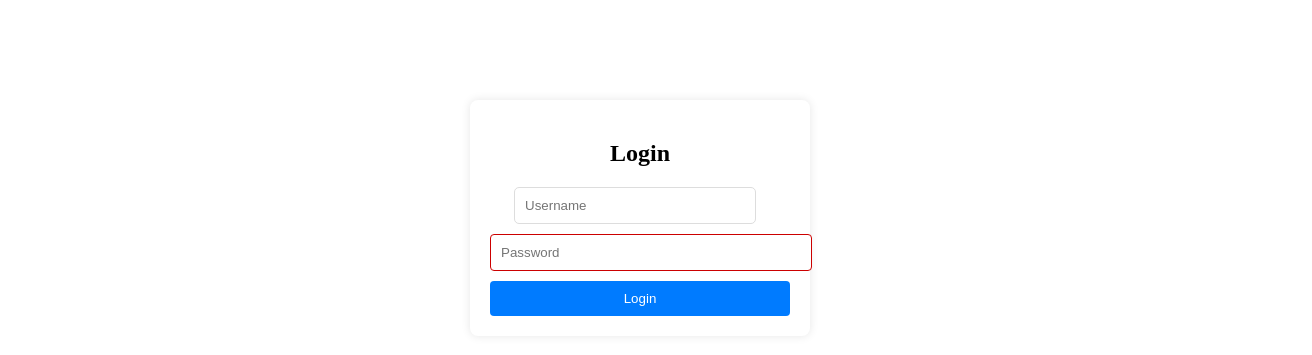
Repository: mdmisri/needy-talk
Page: /login (app in frontend/talk-d1/)
An editor plug-in stored every save of this project. The page is shown before and after the next save, followed by the edit.
The browser window is 1280 px wide. The page is 1280 px wide, then 1312 px, then 1280 px, so the pictures cover 1312 px, including what lies to the right of the window. The pictures show the whole page.
The page's requests for data from a server got no answer. The project was rebuilt for these pictures with package versions that can differ from the ones it lists, and the page was loaded fresh each time. No one was signed in, and anything a server would have sent is missing. Also part of the build but not shown: frontend/talk-d1/src/components/Register/Register.css, frontend/talk-d1/src/components/Register/Register.js, frontend/talk-d1/src/conversationUtils.js, frontend/talk-d1/src/hooks/useConversation.js, frontend/talk-d1/src/components/Chat/styles/Message.css, frontend/talk-d1/src/components/Chat/Message.js, frontend/talk-d1/src/components/Chat/ChatBox.js, frontend/talk-d1/src/components/Chat/AdminChatBox.js and 3 more.

Above is the page before, as saved 2024-07-28 14:42:24.

### frontend/talk-d1/src/index.js
import React from 'react';
import ReactDOM from 'react-dom/client';
import './index.css';
import App from './App';
import { BrowserRouter } from 'react-router-dom';

const root = ReactDOM.createRoot(document.getElementById('root'));
root.render(
  <React.StrictMode>
    <BrowserRouter>
    <App />
    </BrowserRouter>
  </React.StrictMode>
);

// If you want to start measuring performance in your app, pass a function
// to log results (for example: reportWebVitals(console.log))
// or send to an analytics endpoint. Learn more: https://bit.ly/CRA-vitals

### frontend/talk-d1/src/App.js
import React, { useState, useEffect } from 'react';
import { Routes, Route, useNavigate } from 'react-router-dom';
import Login from './components/Login/Login';
import Register from './components/Register/Register';
import ChatBox from './components/Chat/ChatBox';
import AdminChatBox from './components/Chat/AdminChatBox';
import ChatStart from './components/Chat/ChatStart';
import AdminSelection from './components/Chat/AdminSelection';
import socket from './components/Chat/socket';

const App = () => {
    const [user, setUser] = useState(null);
    const [username, setUsername] = useState('');
    const [isAdmin, setIsAdmin] = useState(false);
    const [adminUsername, setAdminUsername] = useState(null);
    const [redirectToChat, setRedirectToChat] = useState(false);
    const navigate = useNavigate();

    useEffect(() => {
        const handleBeforeUnload = () => {
            if (username) {
                socket.emit('userOffline', username);
            }
        };

        window.addEventListener('beforeunload', handleBeforeUnload);

        return () => {
            window.removeEventListener('beforeunload', handleBeforeUnload);
        };
    }, [username]);

    useEffect(() => {
        if (user) {
            if (isAdmin) {
                navigate('/admin-chat');
            } else if (redirectToChat) {
                navigate(`/chat/${adminUsername}`);
            } else {
                navigate('/home');
            }
        }
    }, [user, isAdmin, redirectToChat, adminUsername, navigate]);

    const handleLogout = () => {
        socket.emit('userOffline', username);
        setUser(null);
        setUsername('');
        setIsAdmin(false);
        setAdminUsername(null);
        setRedirectToChat(false);
        navigate('/login');
    };

    const handleAdminSelection = (selectedAdminUsername) => {
        setAdminUsername(selectedAdminUsername);
        setRedirectToChat(true);
    };

    return (
        <div>
            <Routes>
                <Route path="/login" element={<Login setUser={setUser} setUsername={setUsername} setIsAdmin={setIsAdmin} />} />
                <Route path="/register" element={<Register />} />
                {/* Route for admin selection */}
                <Route path="/home" element={!isAdmin ? <ChatStart username={username} onAdminSelect={handleAdminSelection} /> : <AdminChatBox adminUsername={username} handleAdminSelection={handleAdminSelection} />} />
                {/* Route for admin chat box */}
                <Route path="/admin-chat" element={<AdminChatBox adminUsername={username} handleAdminSelection={handleAdminSelection} />} />
                {/* Route for user chat box */}
                <Route path="/chat/:receiverUsername" element={<ChatBox senderUsername={username} />} />
            </Routes>
            {user && <button onClick={handleLogout}>Logout</button>}
        </div>
    );
};

export default App;

### frontend/talk-d1/src/components/Login/Login.js
import React, { useState } from 'react';
import axios from 'axios';
import { useNavigate } from 'react-router-dom';
import socket from '../Chat/socket';
import './Login.css';

const Login = ({ setUser, setUsername, setIsAdmin, setAdminUsername }) => {
    const [username, setUsernameInput] = useState('');
    const [password, setPassword] = useState('');
    const [error, setError] = useState('');
    const navigate = useNavigate();

    const handleLogin = async (e) => {
        e.preventDefault();
        try {
            const response = await axios.post('http://localhost:3010/api/auth/login', {
                username,
                password,
            });

            const userData = response.data;
            setUser(userData);
            setUsername(username);
            setIsAdmin(userData.isAdmin);

            if (userData.isAdmin) {
                setAdminUsername(username); // Set the admin username
            }

            socket.emit('userOnline', username);
            navigate('/home');
        } catch (err) {
            setError('Invalid credentials');
        }
    };

    return (
        <div className="login-container">
            <h2>Login</h2>
            {error && <p className="error">{error}</p>}
            <form onSubmit={handleLogin}>
                <input
                    type="text"
                    value={username}
                    onChange={(e) => setUsernameInput(e.target.value)}
                    placeholder="Username"
                    required
                />
                <input
                    type="password"
                    value={password}
                    onChange={(e) => setPassword(e.target.value)}
                    placeholder="Password"
                    required
                />
                <button type="submit">Login</button>
            </form>
        </div>
    );
};

export default Login;

### frontend/talk-d1/src/components/Chat/socket.js
// socket.js
import io from 'socket.io-client';

const socket = io('http://localhost:3010');

export default socket;

### frontend/talk-d1/src/components/Login/Login.css
.login-container {
    width: 300px;
    padding: 20px;
    background: #fff;
    box-shadow: 0 0 10px rgba(0, 0, 0, 0.1);
    border-radius: 8px;
    margin: 100px auto;
    text-align: center;
}

.login-container h2 {
    margin-bottom: 20px;
}

.login-container input {
    width: 100%;
    margin-bottom: 10px;
    padding: 10px;
    border: 1px solid #cc0000;
    border-radius: 4px;
}

.login-container button {
    width: 100%;
    padding: 10px;
    background: #007bff;
    color: #fff;
    border: none;
    border-radius: 4px;
    cursor: pointer;
}

.login-container button:hover {
    background: #0056b3;
}

### frontend/talk-d1/src/components/Chat/styles/ChatBox.css
.chatbox {
    display: flex;
    flex-direction: column;
    height: 100vh;
    width: 400px;
    border: 1px solid #ccc;
    border-radius: 8px;
    box-shadow: 0 4px 8px rgba(0, 0, 0, 0.1);
    background-color: #f9f9f9;
}

.messages {
    flex: 1;
    padding: 10px;
    overflow-y: auto;
    background-color: #fff;
    border-bottom: 1px solid #ccc;
}

.messages div {
    margin-bottom: 10px;
    padding: 8px;
    border-radius: 4px;
}

.sent {
    align-self: flex-end;
    background-color: #e0f7fa;
}

.received {
    align-self: flex-start;
    background-color: #fff3e0;
}

.input-area {
    display: flex;
    align-items: center;
    padding: 10px;
    border-top: 1px solid #ccc;
}

input {
    flex: 1;
    padding: 10px;
    border: none;
    border-top: 1px solid #ccc;
    border-radius: 0 0 8px 8px;
}

button {
    padding: 10px;
    border: none;
    border-radius: 0 0 8px 0;
    background-color: #007bff;
    color: white;
    cursor: pointer;
}

button:hover {
    background-color: #0056b3;
}

input:focus {
    outline: none;
    border: 1px solid #007bff;
}

.typing-indicator {
    font-style: italic;
    color: grey;
    margin-top: 5px;
}

.read-receipt {
    font-size: 12px;
    color: #00bfae;
    position: absolute;
    bottom: -15px;
    right: 10px;
}

### frontend/talk-d1/src/components/Chat/styles/AdminChatBox.css
/* AdminChatBox.css */

.admin-chat-container {
    display: flex;
    height: 100vh;
    font-family: Arial, sans-serif;
}

.user-tabs {
    width: 250px;
    background-color: #f7f7f7;
    border-right: 1px solid #ddd;
    overflow-y: auto;
    padding: 10px;
}

.user-tab {
    padding: 10px;
    cursor: pointer;
    display: flex;
    justify-content: space-between;
    align-items: center;
    border-radius: 5px;
    transition: background-color 0.3s ease;
}

.user-tab:hover {
    background-color: #e0e0e0;
}

.user-tab.active {
    background-color: #007bff;
    color: white;
}

.chat-box {
    flex: 1;
    display: flex;
    flex-direction: column;
    padding: 10px;
    background-color: #fff;
}

.messages {
    flex: 1;
    overflow-y: auto;
    margin-bottom: 10px;
    border-bottom: 1px solid #ddd;
}

.typing-indicator {
    font-style: italic;
    color: #999;
    margin: 5px 0;
}

input[type="text"] {
    width: calc(100% - 80px);
    padding: 10px;
    margin-right: 10px;
    border: 1px solid #ddd;
    border-radius: 5px;
    outline: none;
    transition: border-color 0.3s ease;
}

input[type="text"]:focus {
    border-color: #007bff;
}

button {
    padding: 10px 20px;
    background-color: #007bff;
    color: white;
    border: none;
    border-radius: 5px;
    cursor: pointer;
    transition: background-color 0.3s ease;
}

button:hover {
    background-color: #0056b3;
}

/* Responsive Design */
@media (max-width: 768px) {
    .admin-chat-container {
        flex-direction: column;
    }

    .user-tabs {
        width: 100%;
        border-right: none;
        border-bottom: 1px solid #ddd;
    }

    input[type="text"] {
        width: calc(100% - 90px);
    }
}

Loaded but not shown: frontend/talk-d1/public/index.html (common file); frontend/talk-d1/src/index.css (no stored copy; drawn as an empty file)

After the next save:
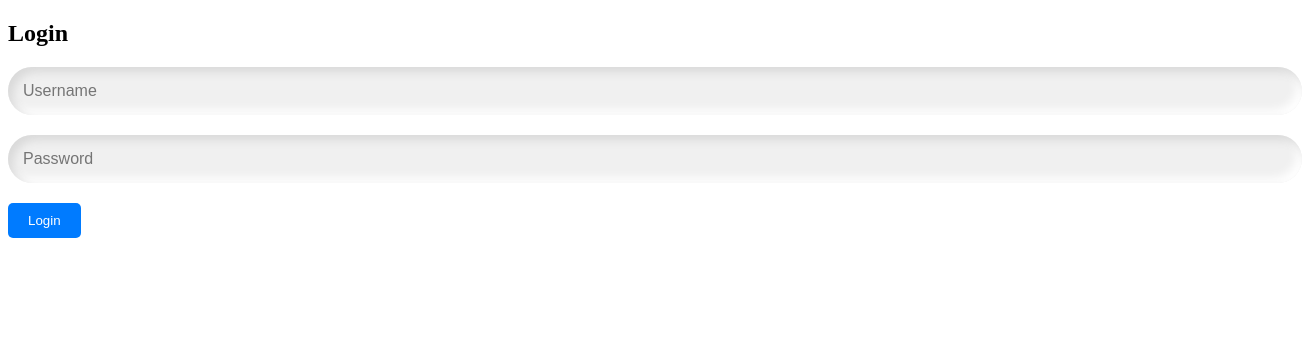
Saved 33 s later.
--- a/frontend/talk-d1/src/components/Login/Login.css
+++ b/frontend/talk-d1/src/components/Login/Login.css
@@ -1,35 +1,18 @@
-.login-container {
-    width: 300px;
-    padding: 20px;
-    background: #fff;
-    box-shadow: 0 0 10px rgba(0, 0, 0, 0.1);
-    border-radius: 8px;
-    margin: 100px auto;
-    text-align: center;
+.login-container input[type="text"],
+.login-container input[type="password"] {
+    width: 100%;
+    margin-bottom: 20px;
+    padding: 15px;
+    border: none;
+    border-radius: 50px;
+    background: #f0f0f0;
+    box-shadow: inset 5px 5px 10px #d9d9d9, inset -5px -5px 10px #ffffff;
+    font-size: 16px;
+    transition: all 0.3s ease;
 }
 
-.login-container h2 {
-    margin-bottom: 20px;
+.login-container input[type="text"]:focus,
+.login-container input[type="password"]:focus {
+    outline: none;
+    box-shadow: inset 5px 5px 10px #c1c1c1, inset -5px -5px 10px #ffffff;
 }
-
-.login-container input {
-    width: 100%;
-    margin-bottom: 10px;
-    padding: 10px;
-    border: 1px solid #cc0000;
-    border-radius: 4px;
-}
-
-.login-container button {
-    width: 100%;
-    padding: 10px;
-    background: #007bff;
-    color: #fff;
-    border: none;
-    border-radius: 4px;
-    cursor: pointer;
-}
-
-.login-container button:hover {
-    background: #0056b3;
-}

After the 3 saves that followed:
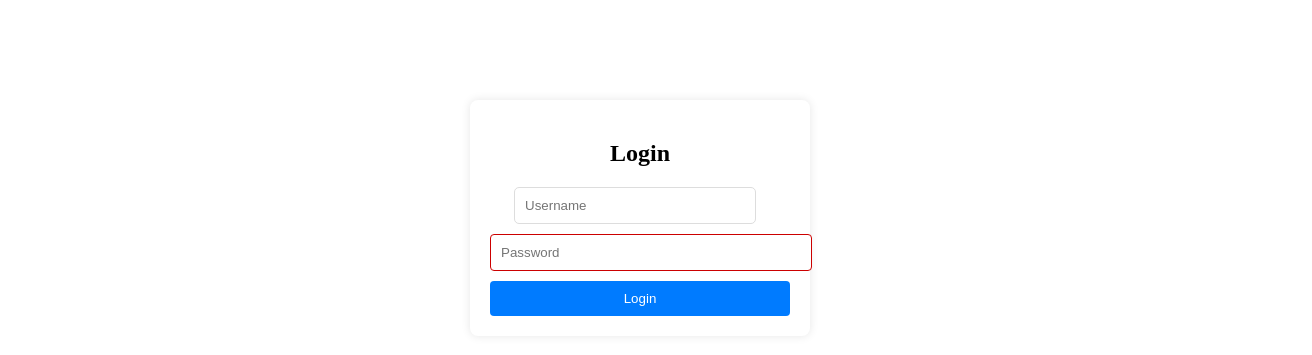
The 3 saves are shown as one change because 1 left the picture as it was and some came seconds apart.
The last was saved 19 s later.
--- a/frontend/talk-d1/src/components/Login/Login.css
+++ b/frontend/talk-d1/src/components/Login/Login.css
@@ -1,18 +1,35 @@
-.login-container input[type="text"],
-.login-container input[type="password"] {
-    width: 100%;
-    margin-bottom: 20px;
-    padding: 15px;
-    border: none;
-    border-radius: 50px;
-    background: #f0f0f0;
-    box-shadow: inset 5px 5px 10px #d9d9d9, inset -5px -5px 10px #ffffff;
-    font-size: 16px;
-    transition: all 0.3s ease;
+.login-container {
+    width: 300px;
+    padding: 20px;
+    background: #fff;
+    box-shadow: 0 0 10px rgba(0, 0, 0, 0.1);
+    border-radius: 8px;
+    margin: 100px auto;
+    text-align: center;
 }
 
-.login-container input[type="text"]:focus,
-.login-container input[type="password"]:focus {
-    outline: none;
-    box-shadow: inset 5px 5px 10px #c1c1c1, inset -5px -5px 10px #ffffff;
+.login-container h2 {
+    margin-bottom: 20px;
 }
+
+.login-container input {
+    width: 100%;
+    margin-bottom: 10px;
+    padding: 10px;
+    border: 1px solid #cc0000;
+    border-radius: 4px;
+}
+
+.login-container button {
+    width: 100%;
+    padding: 10px;
+    background: #007bff;
+    color: #fff;
+    border: none;
+    border-radius: 4px;
+    cursor: pointer;
+}
+
+.login-container button:hover {
+    background: #0056b3;
+}
